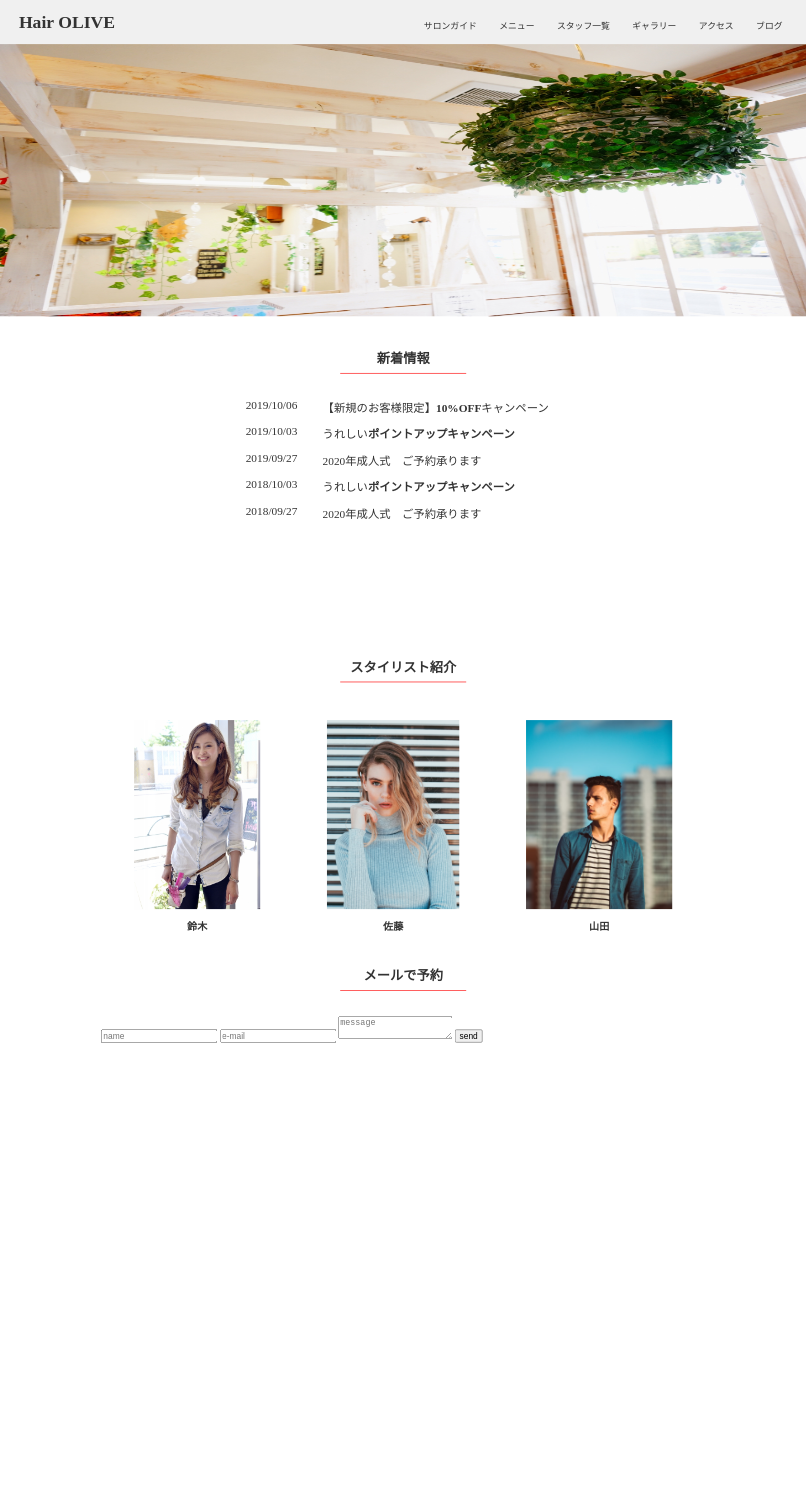
Repository: m-mao/firsa_app
Page: html_css/hair_olive/index.html
The author's editor kept a record of every edit. The page is drawn from the files as they stood at one moment, then again after the next edit.
The browser window is 1280 px wide. The pictures show the whole page, at 63% of full size.

Above is the page before.

### html_css/hair_olive/index.html
<!DOCTYPE HTML>
<html>
  <head>
    <meta charset="UTF-8">
    <link rel="stylesheet" href="style.css">
    <title>Hair OLIVE</title>
  </head>
  <body>
  <header>
      <div class="heading">
        <h1 class="title">Hair OLIVE</h1>
      </div>
      <div class="navbar">
        <ul class="nav-lists">
          <li>サロンガイド</li>
          <li>メニュー</li>
          <li>スタッフ一覧</li>
          <li>ギャラリー</li>
          <li>アクセス</li>
          <li>ブログ</li>
        </ul>
      </div>
  </header>

  <div class="contents">
      <div class="first-view">
        <img src="images/hero.jpg" alt="トップ画面" class="top-image"></img>
      </div>
      <div class="upper-content">
        <h2 class="heading-name">新着情報</h2>
        <ul class="messages">
          <li class="message">
            <div class="message-date">2019/10/06</div>
            <div>【新規のお客様限定】<b>10%OFF</b>キャンペーン</div>
          </li>
          <li class="message">
            <div class="message-date">2019/10/03</div>
            <div>うれしい<b>ポイントアップキャンペーン</b></div>
          </li>
          <li class="message">
            <div class="message-date">2019/09/27</div>
            <div>2020年成人式　ご予約承ります</div>
          </li>
          <li class="message">
            <div class="message-date">2018/10/03</div>
            <div>うれしい<b>ポイントアップキャンペーン</b></div>
          </li>
          <li class="message">
            <div class="message-date">2018/09/27</div>
            <div>2020年成人式　ご予約承ります</div>
          </li>
        </ul>
      </div>
      <div class="middle-content">
        <h2 class="heading-name">スタイリスト紹介</h2>
        <ul class="stylist-list">
          <li>
            <img src="images/staff1.jpg" alt="staff1" class=stylist-image>
            <h4 class="stylist-name">鈴木</h4>
          </li>
          <li>
            <img src="images/staff2.jpg" alt="staff2" class=stylist-image>
            <h4 class="stylist-name">佐藤</h4>
          </li>
          <li>
            <img src="images/staff3.jpg" alt="staff3" class=stylist-image>
            <h4 class="stylist-name">山田</h4>
          </li>
        </ul>
      </div>
      <div class="bottom-content">
        <form class="contact-form">
          <h2 class="heading-name">メールで予約</h2>
          <input type="text" placeholder="name" class="small-field">
          <input type="text" placeholder="e-mail" class="small-field">
          <textarea placeholder="message" class="large-field"></textarea>
          <input type="submit" value="send" class="send"/>
        </form>
        <!-- 『フォーム』を表示する -->
      </div>
    </div>
    <footer>

    </footer>
  </body>
</html>

### html_css/hair_olive/style.css
/* リセットCSS */
body {
  font-size: 14px;
  color: #333;
  margin: 0 auto;
}
h1,h2,h3,h4,h5,h6,p {
  padding: 10px 0;
  margin: 0;
}

ul,li {
  padding: 0;
  margin: 0;
}

/* ヘッダー */
header {
    height: 50px;
    background-color: #f0f0f0;
    padding: 10px 0;
    display: flex;
}

.heading {
    width: 50%;
    margin-left: 30px;
}

.navbar {
    width: 50%;
    padding: 20px;
}

.nav-lists {
    display: flex;
    justify-content: space-around;
}

li {
    list-style: none;
}

/* first-viewクラスからbottom-contentクラスまでの要素の親要素*/
.contents {
    background-color: white;
}

.first-view {
    height: 60vh;
    background-color: pink;
}

.top-image {
    height: 100%;
    width: 100%;
}

/* 新着情報 */
.upper-content {
    height:450px;
    margin: 0 160px;
}

.heading-name {
    text-align: center;
    border-bottom: 1px solid red;
    width: 200px;
    margin: 40px auto;
}

.messages {
    width: 50vw;
    margin: 0 auto;
}

.message {
    display: flex;
    font-size: 18px;
    margin: 0 0 16px 70px;
}

.message-date {
    padding-right: 40px;
}

/* スタイリスト紹介 */
.middle-content {
    height:450px;
    margin: 0 160px;
}

.stylist-list {
    display: flex;
    justify-content: space-around;
    margin: 60px 0;
}

.stylist-image {
    height: 300px;
}

.stylist-name {
    font-size: 16px;
    text-align: center;
}

/* フォーム */
.bottom-content {
    height:800px;
    margin: 0 160px;
}

.name-form {
  margin-bottom: 10px;
}

.message-form {
  height: 150px;
  margin-bottom: 30px;
}

.name-form,
.email-form
.message-form {
  width: 500px;
  padding: 15px;
  border: 1px solid white;
  display: block;
}

/* フッター */
footer {
    height:50px;
    background-color: white;
}

After the next edit:
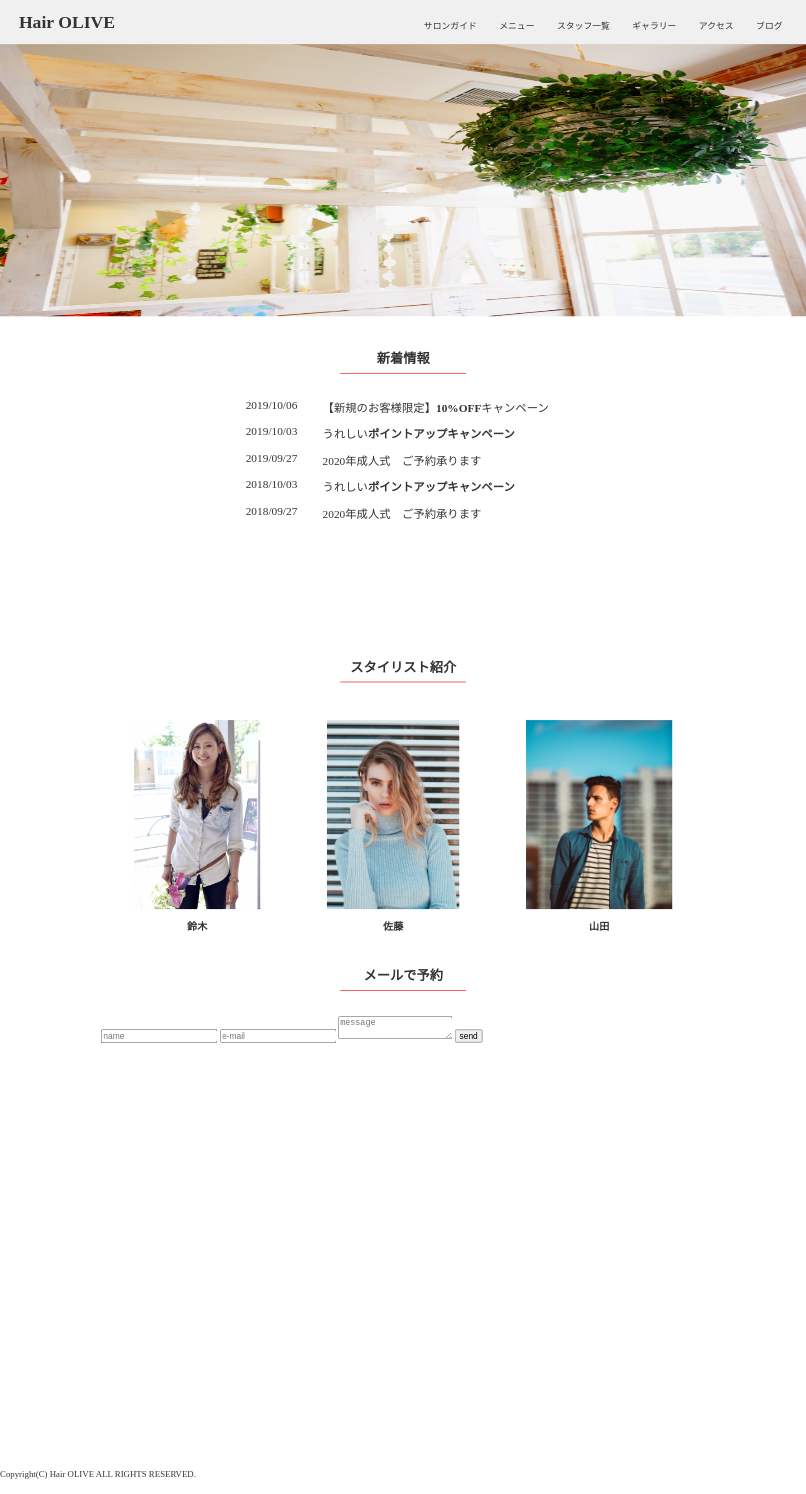
The edit:
--- a/html_css/hair_olive/index.html
+++ b/html_css/hair_olive/index.html
@@ -80,7 +80,7 @@
       </div>
     </div>
     <footer>
-
+      <p>Copyright(C) Hair OLIVE ALL RIGHTS RESERVED.</p>
     </footer>
   </body>
 </html>
